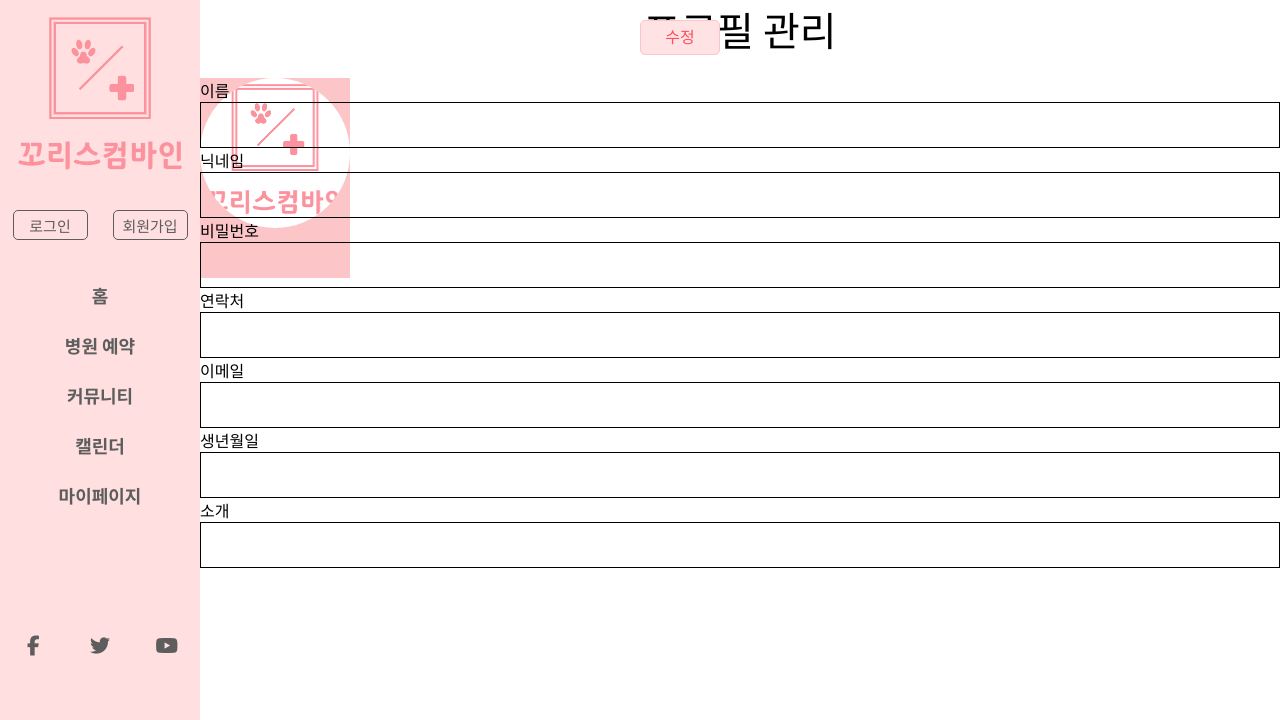
Repository: dodnam/kkoris
Page: http://localhost/1_kkoris/reservation2.jsp
The author's editor kept a copy of each file at every save. The page is drawn from the files as they stood at one save, then again after the next save.
The browser window is 1280 px wide. The pictures show the whole page.
Some web libraries are served in a nearby version. The page is served by Tomcat 9.

Above is the page before, as saved 2020-02-17 15:32:28.

### 1_kkoris/WebContent/reservation2.jsp
<%@ page language="java" contentType="text/html; charset=UTF-8"
    pageEncoding="UTF-8"%>
<!DOCTYPE html>
<html>
<head>
<meta charset="UTF-8">
<title>Insert title here</title>
<link rel="stylesheet" type="text/css" href="<%= request.getContextPath() %>/css/index.css"/>
<link rel="stylesheet" type="text/css" href="<%= request.getContextPath() %>/css/layout.css"/>
<style>
	.box_con{height:200px; background-color:#fcc6c9; position:absolute;}
	.box{width: 150px; height:150px; border-radius:70%; overflow:hidden; background-color:#fff;top:20px;}
	.profile{width: 100%; height:100%; object-fit:cover; display:block; margin:0px auto;}
	.userTitle{font-size:40px; text-align:center; top:30px;}
	.submit{line-height: 30px; text-align: center; background-color: #ffe3e4; color:#ff4e59;border: 1px solid #fcc6c9; border-radius: 5px; width: 80px; height: 35px; position: absolute;left:50%;top:20px; outline:none;}

</style>
</head>
<body>
	<%@ include file="views/layout.jsp" %>
	<div class="container">
    	<div class="userTitle">
			프로필 관리
    	</div>

    	<div class="input-container">
    		<div class="box_con">
	    		<div class="box">
	    			<img class="profile" src="<%= request.getContextPath() %>/images/logo.png">
	    		</div>
    		</div>

				<div class="input-box">
					<p class="input-label">이름</p><input type="text">
	    			<p class="input-label">닉네임</p><input type="text">
	    			<p class="input-label">비밀번호</p><input type="password">
	    			<p class="input-label">연락처</p><input type="text">
	    			<p class="input-label">이메일</p><input type="email">
	    			<p class="input-label">생년월일</p><input type="text">
	    			<p class="input-label">소개</p><input type="text">
	    		</div>
    	</div>

    	<div class="">
    		<div class="submit">수정</div>
    	</div>
	</div>
</body>
</html>

### 1_kkoris/WebContent/views/layout.jsp
<%@ page language="java" contentType="text/html; charset=UTF-8"
    pageEncoding="UTF-8"%>
<!DOCTYPE html>
<html>
<head>
<meta charset="UTF-8">
<title>Insert title here</title>
<link href="https://fonts.googleapis.com/css?family=Noto+Sans+KR&display=swap" rel="stylesheet">
<script src="https://kit.fontawesome.com/18fd811fa1.js" crossorigin="anonymous"></script> <!-- sns아이콘 -->
<link rel="stylesheet" type="text/css" href="<%= request.getContextPath() %>/css/layout.css"/> <!-- 작성할 css를 연결 -->
</head>
<body>
	<header><!-- 헤더 -->
		<h1 class="logo"></h1>
		<nav>
      		<div class="login">
	        	<div><a href="#">로그인</a></div>
	        	<div><a href="#">회원가입</a></div>
	      	</div>
	      	<ul id="navigator">
	        	<li id="nav-home">
	         		<a href="#"><span>홈</span></a>
	         	</li>
	         	<li id="nav-hospital">
	         		<span>병원 예약</span>
         			<ul class="nav2-hospital" id="nav2-hospital">
         				<li><a href="#">병원 검색</a></li>
	         			<li><a href="#">예약 확인</a></li>
	         			<li><a href="#">병원 후기</a></li>
         			</ul>
	         	</li>
	         	<li id="nav-community">
	         		<span>커뮤니티</span>
         			<ul class="nav2-community" id="nav2-community">
	         			<li><a href="#">공지사항</a></li>
	         			<li><a href="#">후기 모아보기</a></li>
	         			<li><a href="#">지식 공유</a></li>
         			</ul>
	         	</li>
	         	<li id="nav-calendar">
	         		<a href="#"><span>캘린더</span></a>
	         	</li>
	         	<li id="nav-mypage">
	         		<span>마이페이지</span>
	         		<ul class="nav2-mypage" id="nav2-mypage">
		         		<li><a href="#">내 정보</a></li>
		         		<li><a href="#">예약 조회</a></li>
		         		<li><a href="#">포인트샵</a></li>
		         		<li><a href="#">내가 쓴 글 조회</a></li>
	         		</ul>
	         	</li>
	      	</ul>
		<dl>
	    	<dt class="blind">sns</dt>
	        <dd><a href="#"><i class="fab fa-facebook-f"></i></a></dd>
	        <dd><a href="#"><i class="fab fa-twitter"></i></a></dd>
	        <dd><a href="#"><i class="fab fa-youtube"></i></a></dd>
		</dl>
		</nav>
	</header>
	<footer></footer>
</body>
</html>

### 1_kkoris/WebContent/css/index.css
@charset "UTF-8";
/* 컨테이너 */
div.container{position: absolute; top:0; left:0; padding-left:200px; height:100%; width:100%; box-sizing:border-box;}
/* 섹션이 현재 1개이기 때문에 100% 2개면 200%, 3개면 300% */
/* 참고	section:nth-of-type(1) {section 중 첫번째 section에 접근} */
section.main {position:relative; height:100%; width:100%; background: url(../images/main-bg.jpg) no-repeat center center; background-size: contain;}
section.main > article.quickMenu > ul {position: absolute; top:calc(50% - 50px); left:calc(50% - 25%); width: 50%; height: 100px; display: flex;}
section.main > article.quickMenu {position: relative; width: 100%; height: 100%; background: rgba(0, 0, 0, 0.2);}
section.main > article.quickMenu > ul > li {width: 25%; height:100px;}
section.main > article.quickMenu > ul > li > a {color: #5d5d5d; display:block; font-size: 5em; text-align:center;}
section.main > article.quickMenu > ul > li > a > span {display: block; font-size: 15px;}
section.main > article.quickMenu > ul > li > a:hover {color: #fb929e;}

### 1_kkoris/WebContent/css/layout.css
@charset "UTF-8";
* {margin: 0; padding: 0; font-family: 'Noto Sans KR', sans-serif;}
*, *:before, *:after {box-sizing: border-box;}
html, body {width: 100%; height: 100%;}
table{border-collapse: collapse;}
img,fieldset{border: none;}
ol,ul{list-style: none;}
h1,h2,h3,h4,h5,h6{font-weight: normal; font-size: 100%;}
q:after,q:before{content: "";}
abbr,acronym{border:none;} /* 축약어 */
img,input,select{vertical-align: middle;}
hr{display: none;}
a {text-decoration: none; color: #000;}
header {position: fixed; width: 200px; height: 100%; background: #ffdfdf; z-index: 30;}
input{outline: none; background: none;}
.blind{position: absolute;left: 0;top: 0;width: 0;height: 0;font-size: 0;line-height: 0;text-indent: -9999px;overflow: hidden;visibility: hidden;}
.displaynone{display: none;}

/* input타입 1 (커서유입에 따른 스타일 변화)
	<div class="input-container"><label class="input-label">아이디</label><input type=""></div>
*/
div.input-container {position: relative; display: block; margin: 20px 0;}
div.input-container > input {width: 100%; height: 40px; line-height: 40px; font-size: 16px; border: none; border-bottom: 1px solid #5d5d5d;}
div.input-container.focus > input:focus {border-bottom: 1px solid #fb929e;}
label.input-label {position: absolute; font-size: 16px; transform: translateY(10px); color: #5d5d5d; transition: transform 0.2s ease; z-index: -1;}
div.input-container.focus > label.input-label {font-size: 12px; transform: translateY(-5px); text-transform: uppercase;}
div.input-container.focus.on > label.input-label {color: #fb929e;}

/* input타입 2 (박스형)
	<div class="input-box"><p class="input-label">라벨명</p><input type=""></div>
*/
div.input-box {position: relative; display: block; margin: 20px 0;}
div.input-box > input {width: 100%; padding: 10px; font-size: 16px; border: 1px solid #000;}
p.input-label {font-size: 16px; color: #000;}
p.input-info {font-size: 14px; color: #5d5d5d;}

/* input radio
	<input type="radio" name="test"><label class="radioLabel">라벨명1</label>
	<input type="radio" name="test"><label class="radioLabel">라벨명2</label>
*/
input[type=radio] {display: none;}
label.radioLabel {display: inline-block; position: relative; padding: 0 30px; cursor: pointer; line-height: 18px;}
label.radioLabel:before, label.radioLabel:after {position: absolute; border-radius: 50%; content: '';}
label.radioLabel:before {left: 0; top: 0; width: 18px; height: 18px; border: 2px solid #000;}
label.radioLabel:after {top: 5px; left: 5px; width: 8px; height: 8px; background: #fb929e; transform: scale(0);}
input[type="radio"]:checked + label.radioLabel:before {border-color: #fb929e; }
input[type="radio"]:checked + label.radioLabel:after {transform: scale(1);}

/* input submit
	<form>에서 submit되는 버튼을 위한 css (단, 검색 등의 다른 버튼은 blue베이스 스타일로 사용)
*/
div.input-submit {display: block; text-align: center; padding: 15px;}
input[type="submit"] {min-width: 50px; height: 30px; cursor: pointer; background: #ffdfdf; color: #5d5d5d; font-size: 14px; font-weight: 600; border: none; border-radius: 5px;}
input[type="submit"]:hover {background: #fb929e; color: #fff;}

/* select 옵션  */
div > select {font-size: 10pt; width: 100px; padding: .7em .5em; font-family: inherit; background: url(https://farm1.staticflickr.com/379/19928272501_4ef877c265_t.jpg) no-repeat 95% 50%; -webkit-appearance: none; -moz-appearance: none; appearance: none; outline:none; border:1px solid #5d5d5d;}

/* input 검색 (class="search_input") */
div > span > input.search_input{width: 250px;  padding: 12px 24px; font-size: 14px; line-height: 18px; color: #575756; background-size: 18px 18px; border-radius: 50px; border: 1px solid #5d5d5d; backface-visibility: hidden; right:20px; outline:none;}


/* 영역
	<div class="container">		// 아래css 외에 특정 스타일을 주어야할 때, 클래스를 추가로 부여하여 사용했음 (ex. class="container login")
		<div class="contents">
			구현 영역
		</div>
	</div>
*/
div.container {position: absolute; top:0; left:0; padding-left:200px; width: 100%; height: 100%; margin: 0 auto; box-sizing: border-box;}
div.contents {position:relative; margin: 0 auto;}
div.contents > h2 {font-weight: 700; font-size: 30px; color: #000; padding: 15px 0; text-align: center;}


/** 헤더 **/
h1.logo {
	text-indent: -9999px; overflow: hidden; width: 180px; height: 180px;
	margin: 10px auto; /* auto는 중앙에 놓음 */
	background: url(../images/logo.png) no-repeat; background-size: contain; /*contain = h1 사이즈에 맞춤*/
}
nav > div.login {display: flex; justify-content:space-around; font-size: 15px;}
				/*블락요소로 가로 정렬 함*/
nav > div.login > div {width: 75px; height: 30px;} /* 위 아래 마진, 좌 우 마진*/
nav > div.login > div > a {display: block; width: 100%; height: 100%; line-height: 30px; text-align: center; border: 1px solid #5d5d5d; border-radius: 5px;}
nav > div.login > div > a:hover {color: #fb929e; border: none; background: #fff6f6; font-weight: 600}

/* 메뉴 */
nav {margin-top: 20px;}
nav * {color: #5d5d5d;}
nav > ul {margin-top: 30px; text-align: center;}
nav > ul > li {width: 100%;}
nav > ul > li:hover {background: #fff6f6;}
nav > ul > li span {display:block; width: 100%; height: 100%; line-height: 50px; font-size: 18px; font-weight: 600; border-radius: 10px; cursor: pointer;}
nav > ul > li span:hover {color: #fb929e;}

nav > ul > li > ul[class^=nav2] {display: none;}
nav > ul > li > ul[class^=nav2] > li > a {display: block; line-height: 40px; font-size: 16px;}
nav > ul > li > ul[class^=nav2] > li > a:hover {color: #fb929e; font-weight: 600;}

nav > ul > li:hover > ul[class^=nav2] {display: block;}

/* sns */
nav > dl {position:absolute; bottom:50px; width:100%; height:50px; display:flex; justify-content:space-around;}
nav > dl > dd {width:50px; text-align:center;}
nav > dl > dd > a {display: block; width: 100%; height:100%; font-size:20px; line-height:50px; transition:all 0.2s ease 0s;}
nav > dl > dd > a:hover {font-size:25px;}

footer {position: fixed; bottom: 10px;}

After the next save:
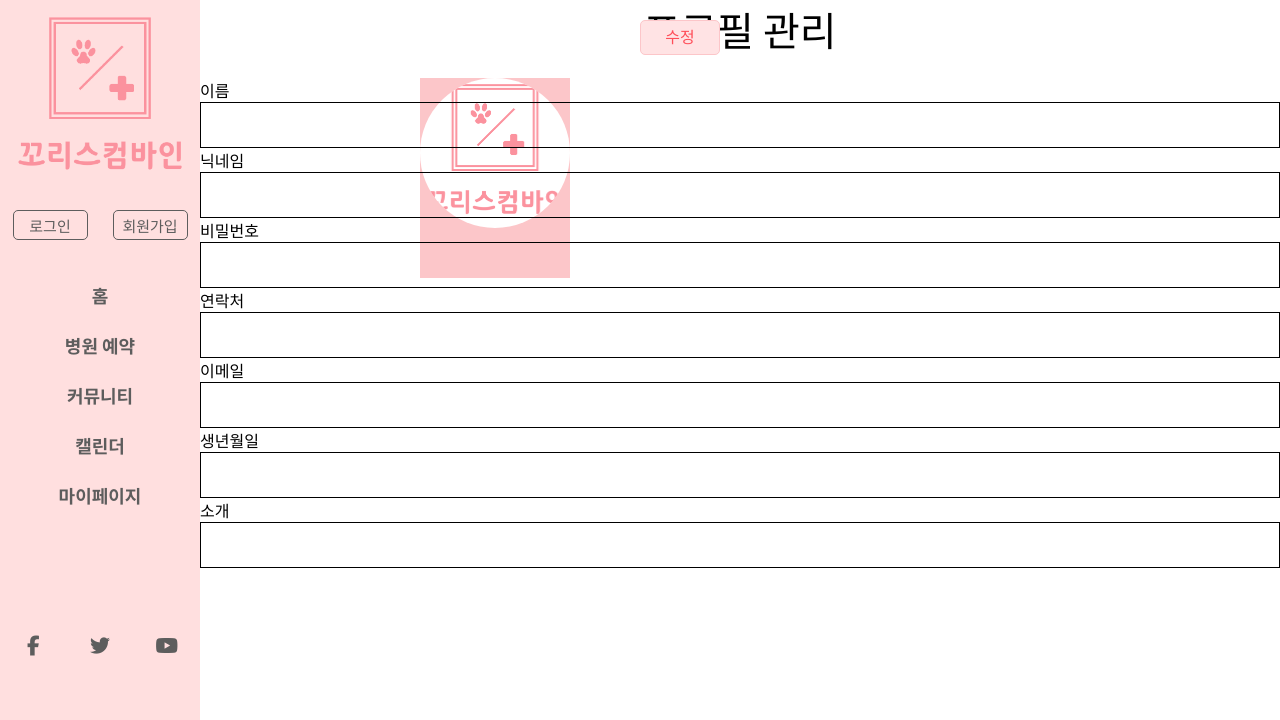
Saved 29 s later.
--- a/1_kkoris/WebContent/reservation2.jsp
+++ b/1_kkoris/WebContent/reservation2.jsp
@@ -8,7 +8,7 @@
 <link rel="stylesheet" type="text/css" href="<%= request.getContextPath() %>/css/index.css"/>
 <link rel="stylesheet" type="text/css" href="<%= request.getContextPath() %>/css/layout.css"/>
 <style>
-	.box_con{height:200px; background-color:#fcc6c9; position:absolute;}
+	.box_con{left:220px; height:200px; background-color:#fcc6c9; position:absolute;}
 	.box{width: 150px; height:150px; border-radius:70%; overflow:hidden; background-color:#fff;top:20px;}
 	.profile{width: 100%; height:100%; object-fit:cover; display:block; margin:0px auto;}
 	.userTitle{font-size:40px; text-align:center; top:30px;}
